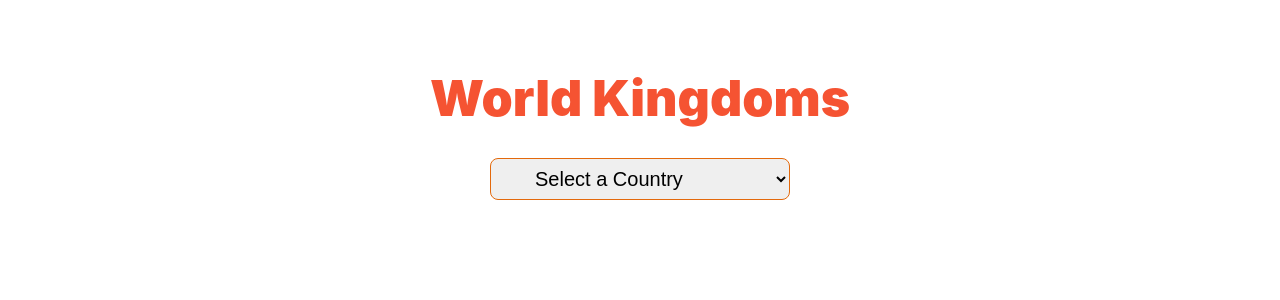
Repository: GloGlorGloria/COMP3170-lab7
Page: /
The author's editor kept a copy of each file at every save. The page is drawn from the files as they stood at one save, then again after the next save.
The browser window is 1280 px wide. The pictures show the whole page.
The page's requests for data from a server got no answer. The project was rebuilt for these pictures with package versions that can differ from the ones it lists, and the page was loaded fresh each time. No one was signed in, and anything a server would have sent is missing. Also part of the build but not shown: vite.config.js, src/components/Details.jsx.

Above is the page before, as saved 2024-11-24 02:23:33.

After the next save:
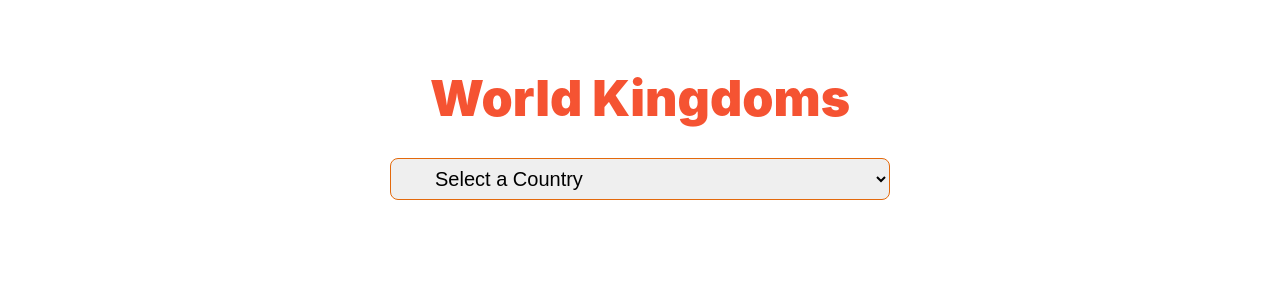
Saved 4 s later.
--- a/src/index.css
+++ b/src/index.css
@@ -46,7 +46,7 @@ h1:hover{
   border: 1px solid #e3690c;
   padding: 0.4em 2em;
   font-size: 20px;
-  width: 300px;
+  width: 500px;
   cursor: pointer;
 }
 .dropdown:hover {
